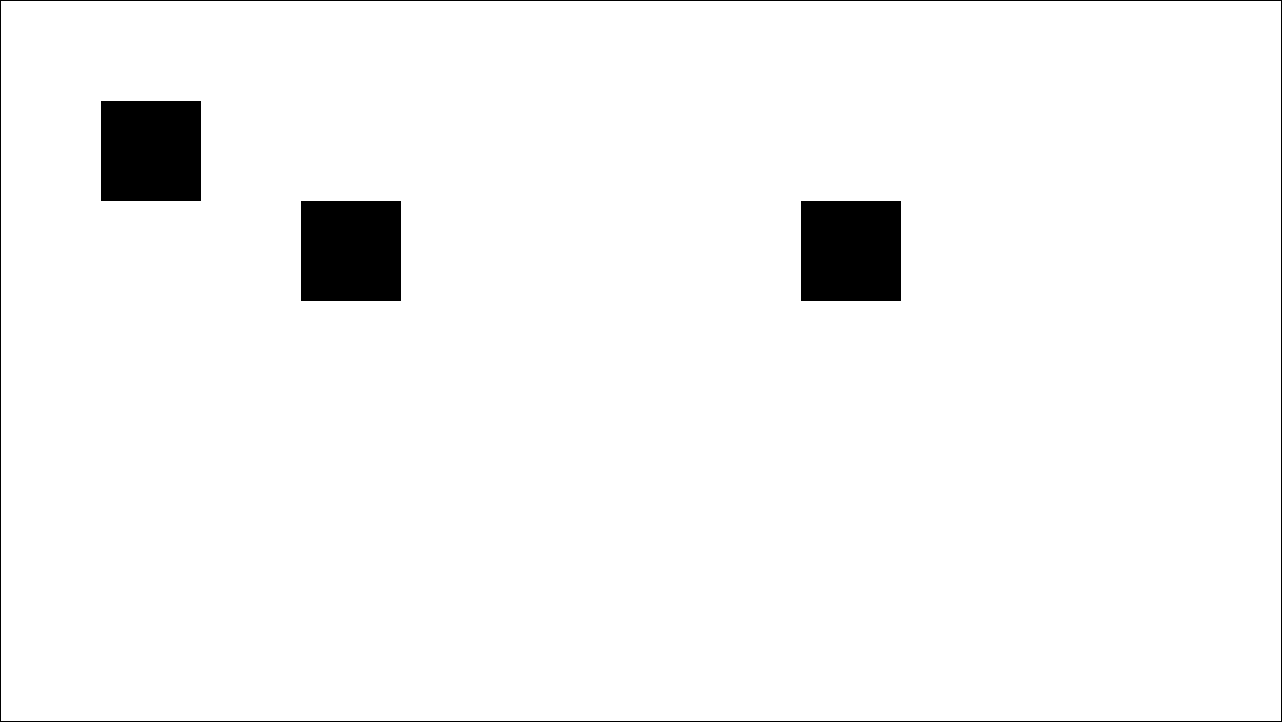
Repository: badhon252/Javascript-practice
Page: 1projects/JavaScript30/08 - Fun with HTML5 Canvas/index-START.html
The author's editor kept a copy of each file at every save. The page is drawn from the files as they stood at one save, then again after the next save.
The browser window is 1280 px wide. The page is 1282 px wide, so the pictures cover 1282 px, including what lies to the right of the window. The pictures show the whole page.

Above is the page before, as saved 2022-12-02 23:31:04.

### 1projects/JavaScript30/08 - Fun with HTML5 Canvas/index-START.html
<!DOCTYPE html>
<html lang="en">

<head>
    <meta charset="UTF-8">
    <title>HTML5 Canvas</title>
</head>

<body>
    <canvas id="draw" width="800" height="800"></canvas>
    <script>
    </script>

    <style>
        html,
        body {
            margin: 0;
            padding: 0;
        }

        #draw {
            border: 1px solid black;
        }
    </style>

    <script>
        console.log("first")
        const canvas = document.querySelector("#draw");
        const ctx = canvas.getContext("2d")

        canvas.width = window.innerWidth;
        canvas.height = window.innerHeight;

        // ctx.fillRect(x, y, width, height)
        ctx.fillRect(100, 100, 100, 100);
        ctx.fillRect(300, 200, 100, 100);
        ctx.fillRect(800, 200, 100, 100);
    </script>
</body>

</html>

After the next save:
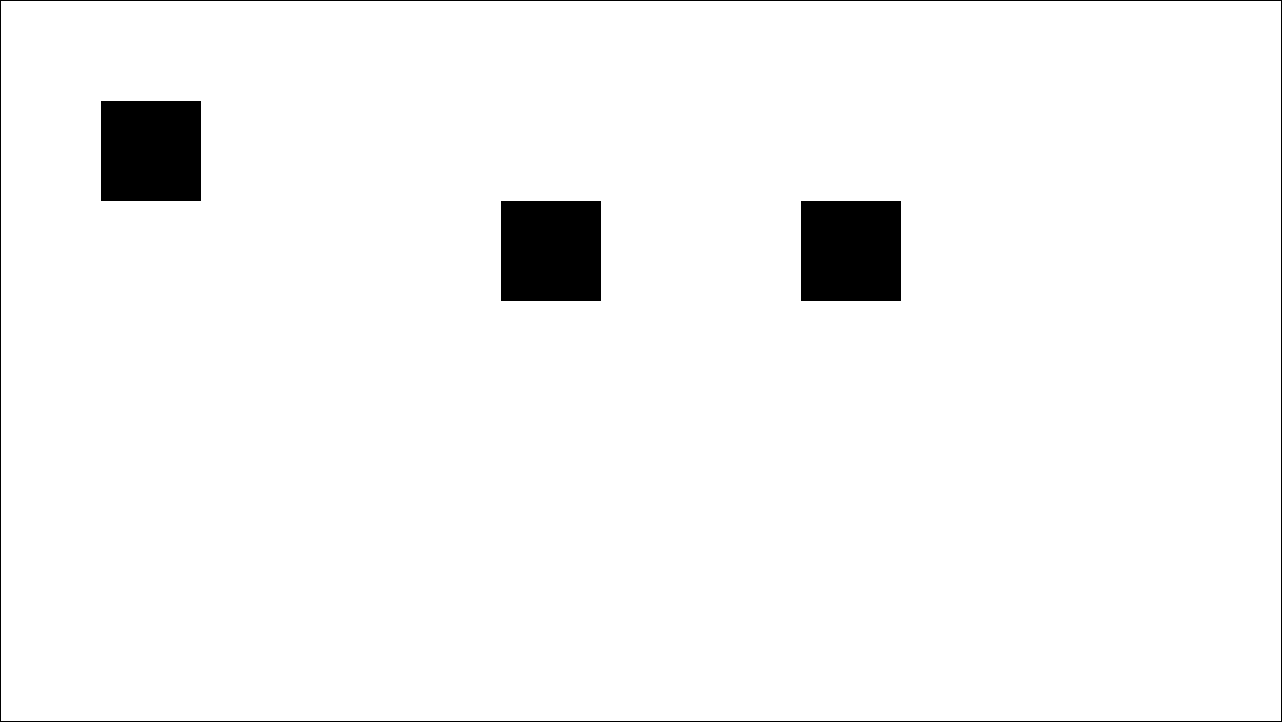
Saved 4 s later.
--- a/1projects/JavaScript30/08 - Fun with HTML5 Canvas/index-START.html
+++ b/1projects/JavaScript30/08 - Fun with HTML5 Canvas/index-START.html
@@ -33,7 +33,7 @@
 
         // ctx.fillRect(x, y, width, height)
         ctx.fillRect(100, 100, 100, 100);
-        ctx.fillRect(300, 200, 100, 100);
+        ctx.fillRect(500, 200, 100, 100);
         ctx.fillRect(800, 200, 100, 100);
     </script>
 </body>
